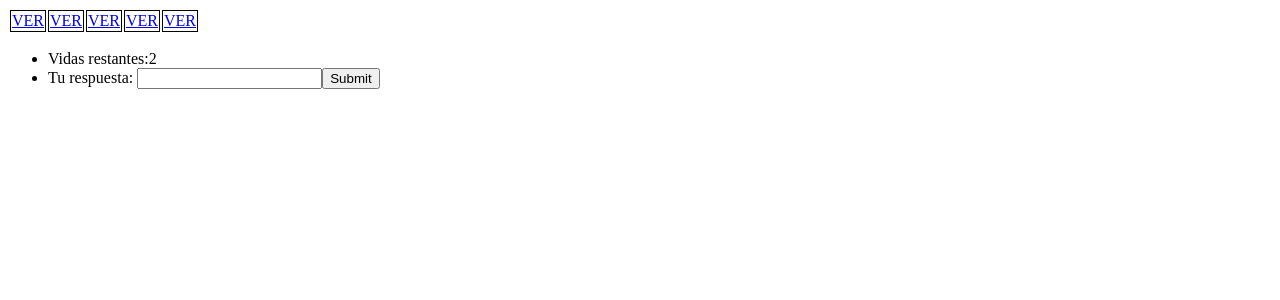
Repository: iruneguinea9/Servidor-Java
Page: http://localhost/PPalabraSecreta/palabra.jsp
An editor plug-in stored every save of this project. The page is shown before and after a run of saves, followed by the edit.
The browser window is 1280 px wide. The pictures show the whole page.
The page is served by Tomcat 10. Other server files are loaded and not shown.

Above is the page before, as saved 2023-12-04 09:43:19.

### Servidor/PPalabraSecreta/src/main/webapp/palabra.jsp
<%@ page language="java" contentType="text/html; charset=ISO-8859-1"
    pageEncoding="ISO-8859-1"%>
    <%@page import="beans.AlmacenPalabras"%>
<!DOCTYPE html>
<html>
<head>
<meta charset="ISO-8859-1">
<title>Palabra secreta</title>
<style>
	.container{
		align-items:center;
		align-content:center;
		justify-content:center;
	}
	td{
		border:1px solid black;
	}
</style>
</head>
<body>
<div class="container">
	<table>

		<tr>
		<%
			// recoger la palabra aleatoria y crear celdas
			String palabra = AlmacenPalabras.palabraAzar();
			for(int i =0;i<palabra.length();i++){
				out.print("<td><a href='ServletPalabra?indice="+i+"'>VER</a></td>");
			}
			out.print("</tr>");
			out.print("</table>");
			// vidas restantes
			int vidas = palabra.length()/2;
			out.print("<ul><li>");
			out.print("Vidas restantes:");
			out.print(vidas);
			out.print("</li>");
			out.print("<form method='post' action='ServletPalabra'>");
			//formulario tu respuesta
			out.print("<li>Tu respuesta: ");
			out.print("<input type='text' name='rpta'/>");
			out.print("<input type='submit' name='submit'/>");
			out.print("</li>");
			out.print("</form>");
			out.print("</ul>");
		%>

	</div>
</body>
</html>

### Servidor/PPalabraSecreta/src/main/java/beans/AlmacenPalabras.java
package beans;

import java.util.ArrayList;

public class AlmacenPalabras {

	private static ArrayList<String> listaPalabras=new ArrayList<String>();

	static {
		listaPalabras.add("Perro");
		listaPalabras.add("Manzana");
		listaPalabras.add("Furgoneta");
		listaPalabras.add("Ordenador");
		listaPalabras.add("Silla");
		listaPalabras.add("Piano");
		listaPalabras.add("Reloj");
	}

	public static String palabraAzar() {
		int indice = (int) (Math.random()*listaPalabras.size()+1);

		return listaPalabras.get(indice);
	}

	public static ArrayList<String> getListaPalabras() {
		return listaPalabras;
	}

	public static void setListaPalabras(ArrayList<String> listaPalabras) {
		AlmacenPalabras.listaPalabras = listaPalabras;
	}
}

After the next 2 saves:
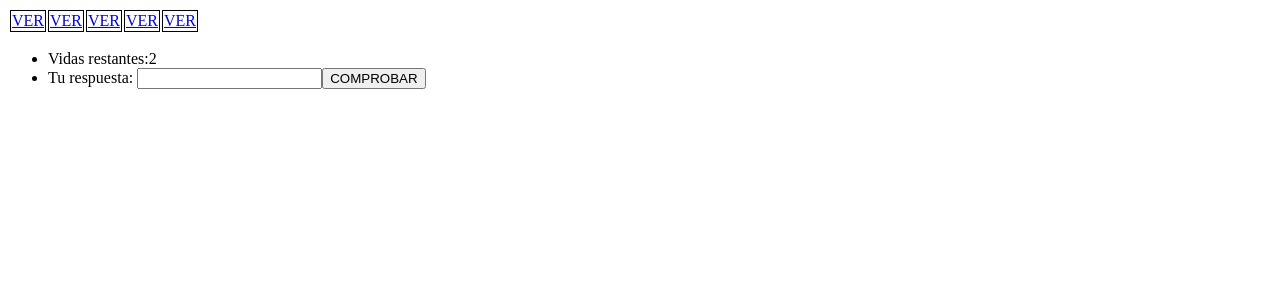
The 2 saves are shown as one change because 1 did not build or start.
The last was saved 10 s later.
--- a/Servidor/PPalabraSecreta/src/main/webapp/palabra.jsp
+++ b/Servidor/PPalabraSecreta/src/main/webapp/palabra.jsp
@@ -40,7 +40,7 @@
 			//formulario tu respuesta
 			out.print("<li>Tu respuesta: ");
 			out.print("<input type='text' name='rpta'/>");
-			out.print("<input type='submit' name='submit'/>");
+			out.print("<input type='submit' name='submit' value='COMPROBAR'/>");
 			out.print("</li>");
 			out.print("</form>");
 			out.print("</ul>");
